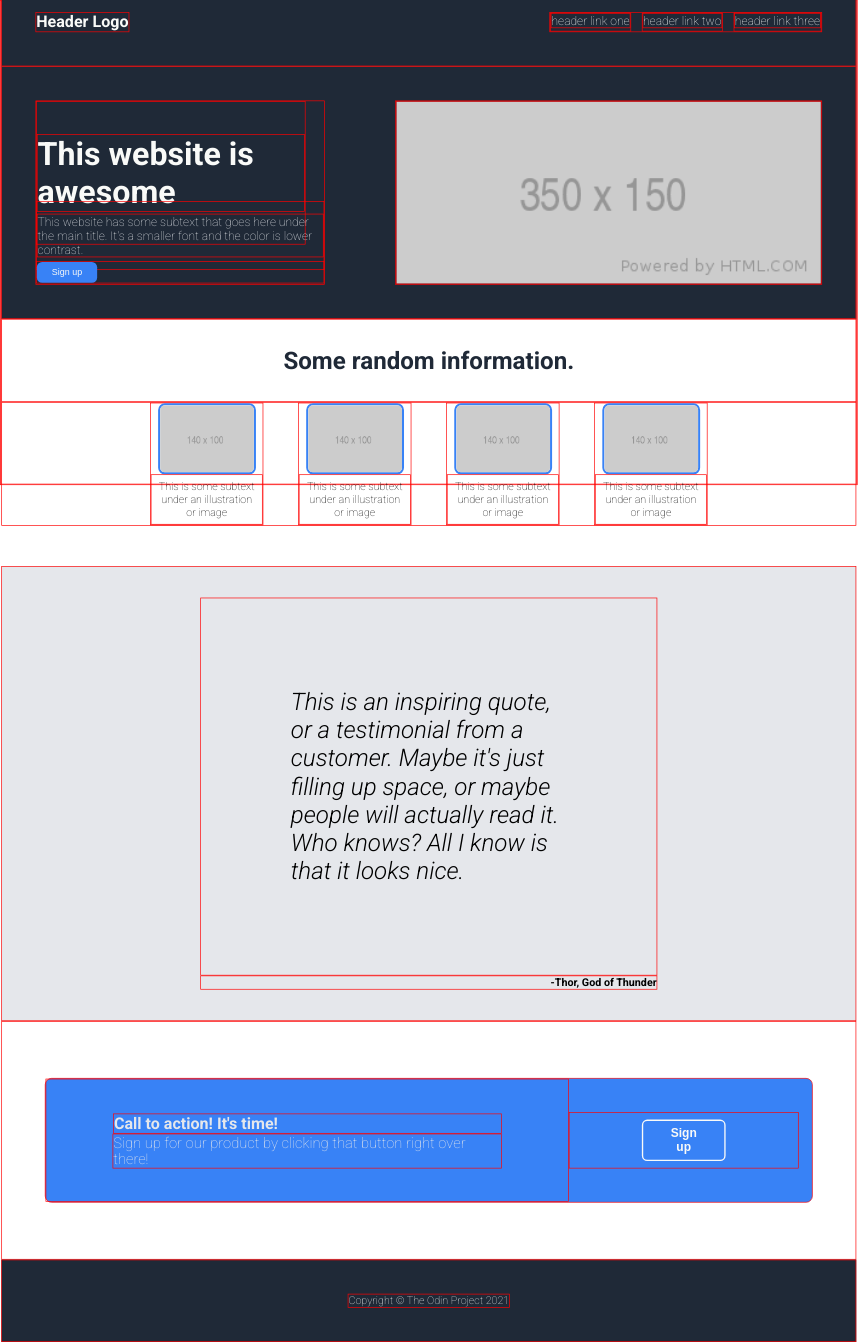
Repository: weazzyefff/The-Landing-Page
Page: index.html
These files come from the project's save history. The page is drawn as it stood at one moment and after the next save; the edit follows.
The browser window is 1280 px wide. The pictures show the whole page, at 67% of full size.

Above is the page before, as saved 2022-11-01 19:42:05.
Not found: index.js

After the next save:
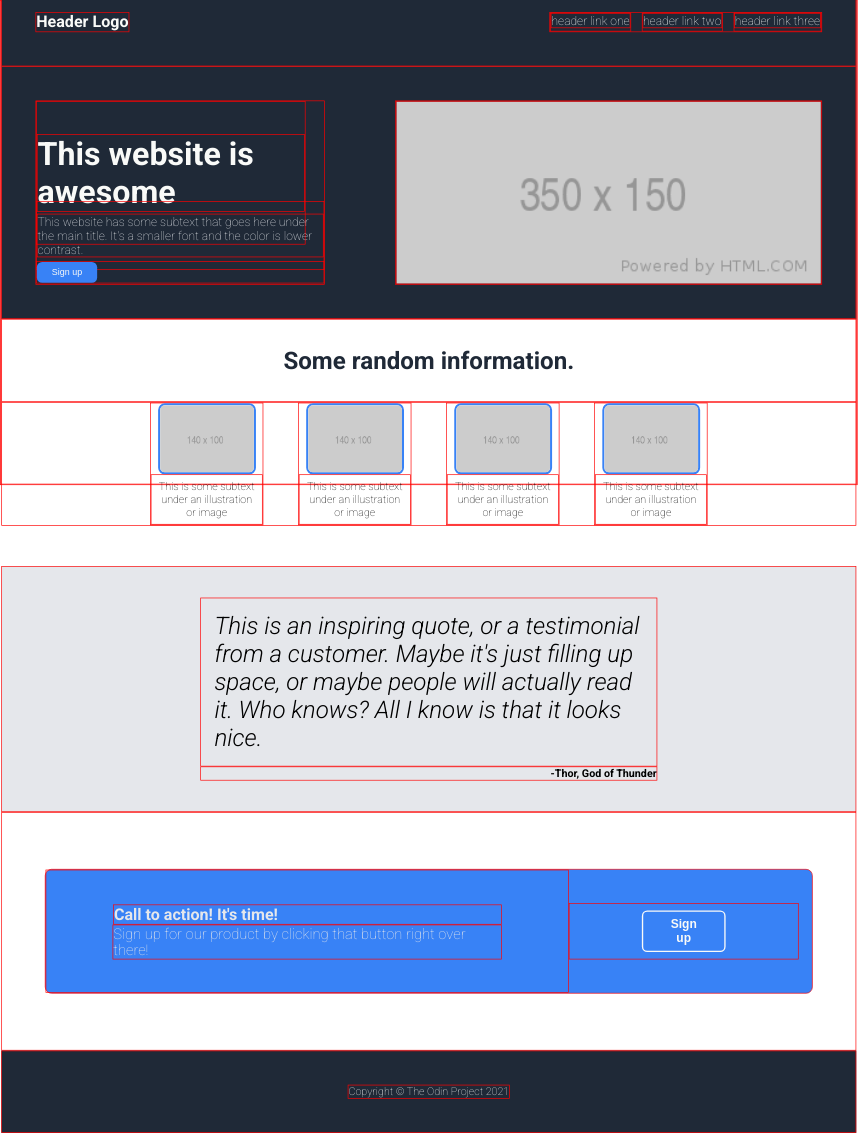
Saved 26 s later.
--- a/css/styles.css
+++ b/css/styles.css
@@ -156,7 +156,7 @@ ul {
 }
 
 .quote {
-    padding: 134px;
+    padding: 20px;
     font-size: 36px;
     font-style: italic;
     font-weight: 300;
